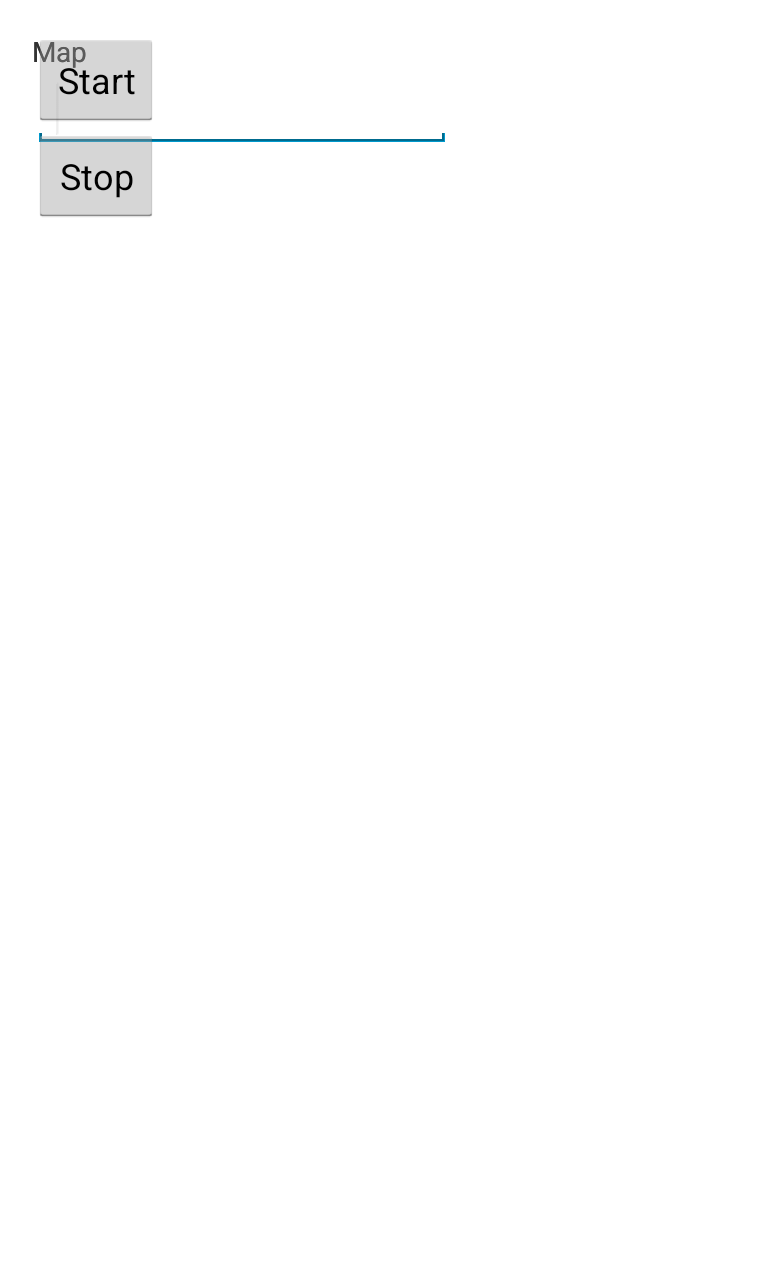
Repository: choll03/mobile_programming
Layout: Gps/res/layout/activity_main.xml
These files come from the project's save history. The layout is drawn as it stood at one moment and after the next save; the edit follows.
It is drawn on a 768 x 1280 px phone screen (xhdpi) without system bars, with theme AppTheme; the app's code is not run.

Above is the layout before, as saved 2019-05-01 10:09:38.

After the next save:
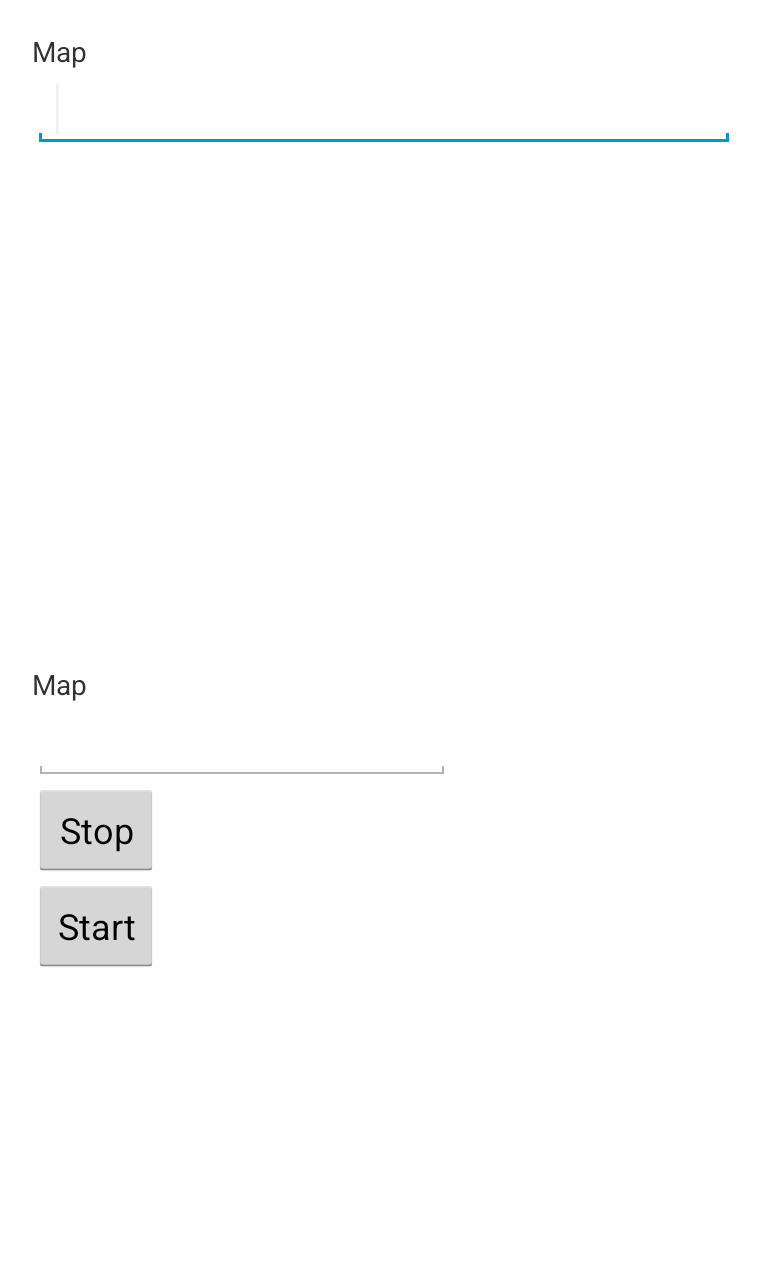
Saved 5 min 38 s later.
--- a/Gps/res/layout/activity_main.xml
+++ b/Gps/res/layout/activity_main.xml
@@ -9,7 +9,7 @@
 
     <LinearLayout
         android:id="@+id/linearLayout1"
-        android:layout_width="wrap_content"
+        android:layout_width="match_parent"
         android:layout_height="wrap_content"
         android:layout_alignParentLeft="true"
         android:layout_alignParentTop="true"
@@ -17,71 +17,66 @@
 
         <TextView
             android:id="@+id/textView1"
-            android:layout_width="wrap_content"
+            android:layout_width="match_parent"
             android:layout_height="wrap_content"
             android:layout_alignParentLeft="true"
             android:layout_alignParentTop="true"
             android:text="Map" />
+
         <EditText
-	        android:id="@+id/longitudeEditText"
-	        android:layout_width="wrap_content"
-	        android:layout_height="wrap_content"
-	        android:layout_alignParentLeft="true"
-	        android:ems="10"
-	        android:layout_below="@+id/textView1" >
+            android:id="@+id/longitudeEditText"
+            android:layout_width="match_parent"
+            android:layout_height="wrap_content"
+            android:ems="10" >
 
-        <requestFocus />
+            <requestFocus />
+        </EditText>
 
-    	</EditText>
+    </LinearLayout>
+
+    <LinearLayout
+        android:id="@+id/linearLayout3"
+        android:layout_width="wrap_content"
+        android:layout_height="wrap_content"
+        android:layout_alignParentBottom="true"
+        android:layout_alignParentLeft="true"
+        android:layout_marginBottom="137dp"
+        android:orientation="vertical" >
+
+        <Button
+            android:id="@+id/stopButton"
+            android:layout_width="wrap_content"
+            android:layout_height="wrap_content"
+            android:text="Stop" />
+
+        <Button
+            android:id="@+id/startButton"
+            android:layout_width="wrap_content"
+            android:layout_height="wrap_content"
+            android:text="Start" />
     </LinearLayout>
 
     <LinearLayout
         android:id="@+id/linearLayout2"
-        android:layout_width="wrap_content"
+        android:layout_width="match_parent"
         android:layout_height="wrap_content"
-        android:layout_alignParentLeft="true"
-        android:layout_alignParentTop="true"
+        android:layout_above="@+id/linearLayout3"
+        android:layout_alignLeft="@+id/linearLayout3"
         android:orientation="vertical" >
-         <TextView
+
+        <TextView
             android:id="@+id/textView2"
             android:layout_width="wrap_content"
             android:layout_height="wrap_content"
             android:layout_alignParentLeft="true"
             android:layout_alignParentTop="true"
             android:text="Map" />
+
         <EditText
-	        android:id="@+id/latitudeEditText"
-	        android:layout_width="wrap_content"
-	        android:layout_height="wrap_content"
-	        android:layout_alignParentLeft="true"
-	        android:ems="10"
-	        android:layout_below="@+id/textView2" >
-
-    	</EditText>
-
-     </LinearLayout>
-
-    <LinearLayout
-        android:id="@+id/linearLayout3"
-        android:layout_width="wrap_content"
-        android:layout_height="wrap_content"
-        android:layout_alignParentLeft="true"
-        android:layout_alignParentTop="true"
-        android:orientation="vertical"  >
-
-        <Button
-	        android:id="@+id/startButton"
-	        android:layout_width="wrap_content"
-	        android:layout_height="wrap_content"
-	        android:text="Start" />
-
-        <Button
-	        android:id="@+id/stopButton"
-	        android:layout_width="wrap_content"
-	        android:layout_height="wrap_content"
-	        android:text="Stop" />
-
-     </LinearLayout>
-
+            android:id="@+id/latitudeEditText"
+            android:layout_width="wrap_content"
+            android:layout_height="wrap_content"
+            android:ems="10" />
+    </LinearLayout>
 
 </RelativeLayout>
